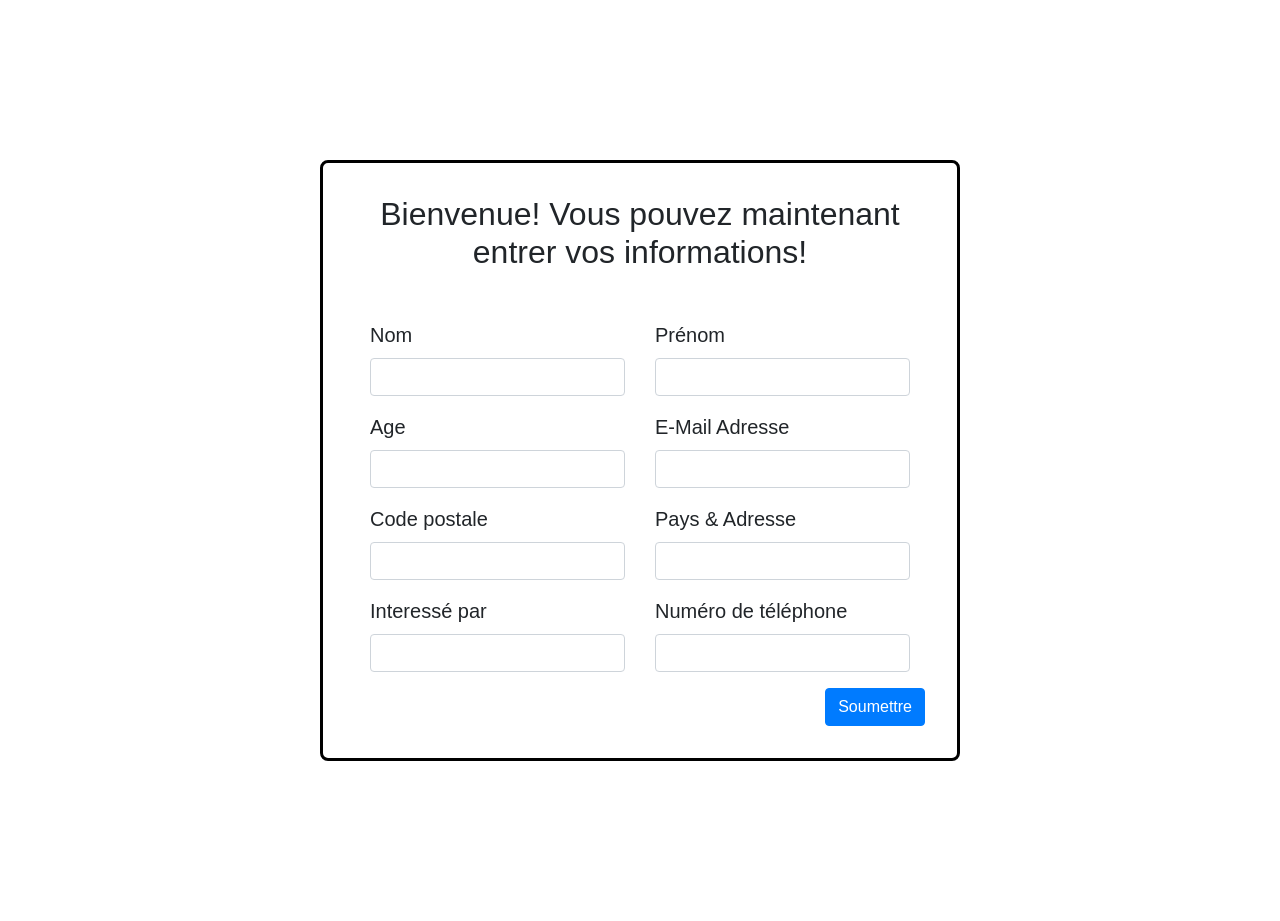
Repository: Aminox84/frontend-main
Page: /
The author's editor kept a copy of each file at every save. The page is drawn from the files as they stood at one save, then again after the next save.
The browser window is 1280 px wide. The pictures show the whole page.
The project was rebuilt for these pictures with package versions that can differ from the ones it lists, and the page was loaded fresh each time.

Above is the page before, as saved 2022-12-29 19:59:43.

After the next save:
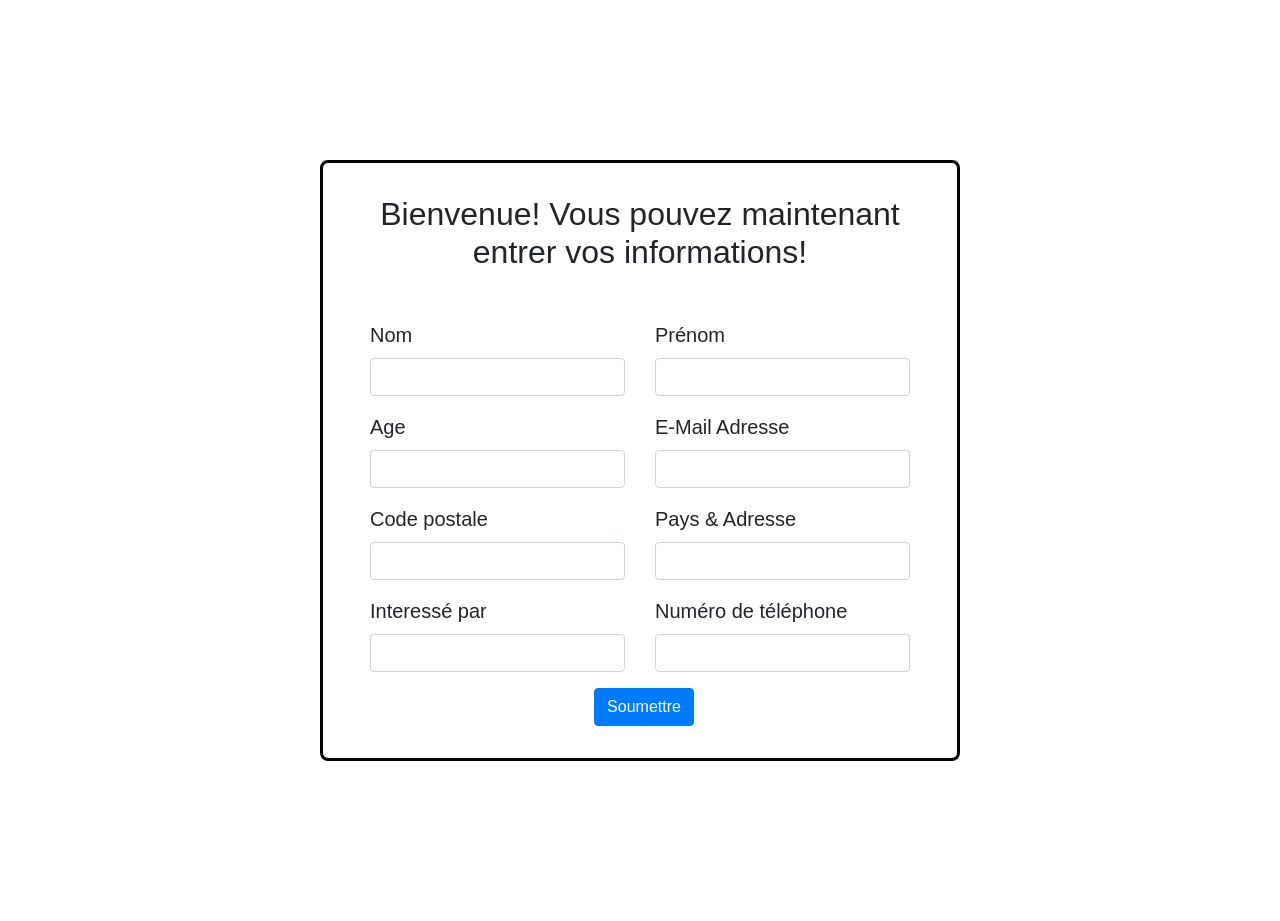
Saved 26 s later.
--- a/src/App.tsx
+++ b/src/App.tsx
@@ -15,7 +15,7 @@ function App() {
       <form>
        {/* <div style={{position:"absolute",top:".5rem",right:".5rem"}}> {currentStepIndex + 1} / {steps.length}</div> */}
        <UserForm/>
-       <div className='d-flex justify-content-end'>
+       <div className='d-flex justify-content-center'>
        {/* {!isFirstStep && <button className='btn btn-primary ml-2' type="button" onClick={back}>Back</button>} */}
        <button type="button" className='btn btn-primary ml-2'>Soumettre</button>
        </div>
